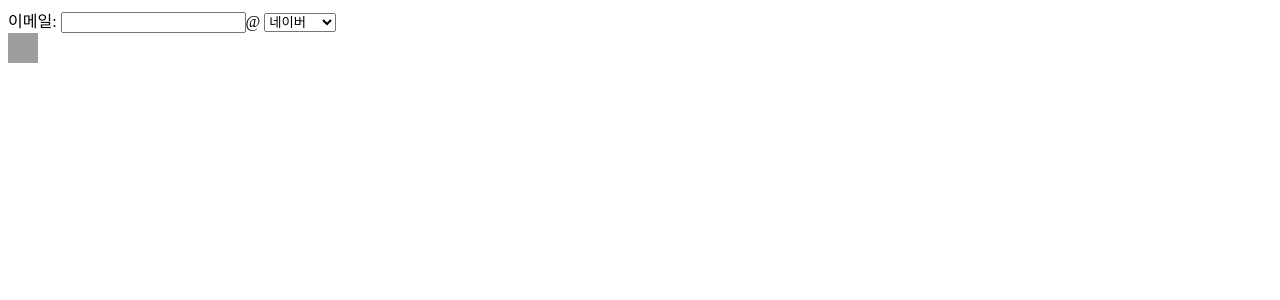
Repository: daehyeonhong/HTML
Page: ch03/WebContent/selectoption3.html
An editor plug-in stored every save of this project. The page is shown before and after the next save, followed by the edit.
The browser window is 1280 px wide. The pictures show the whole page.
Pictures or frames that could not be fetched are drawn as grey boxes.

Above is the page before, as saved 2020-05-18 05:51:37.

After the next save:
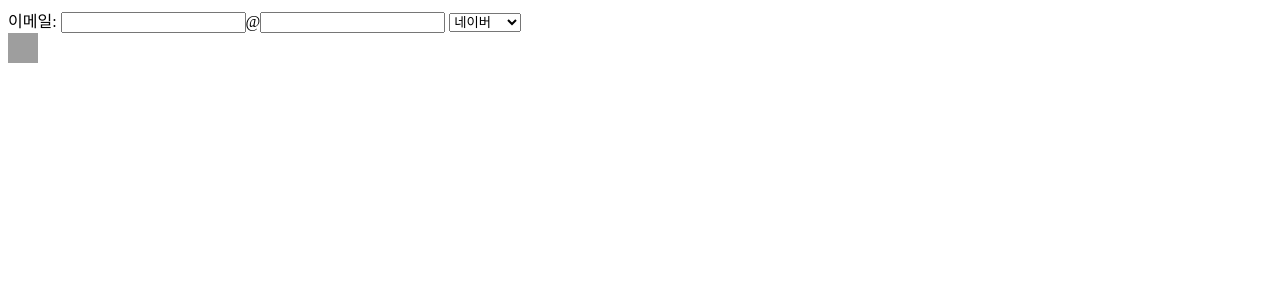
Saved 10 s later.
--- a/ch03/WebContent/selectoption3.html
+++ b/ch03/WebContent/selectoption3.html
@@ -7,7 +7,7 @@
 <body>
 <form>
 이메일:
-<input type="text"name="id">@<import type = "text" name = "domain">
+<input type="text"name="id">@<input type = "text" name = "domain">
 <select name = "domainlist"onselect="change(this)">
 <option value = "@naver.com">네이버</option>
 <option value = "@daum.net">다음</option>
